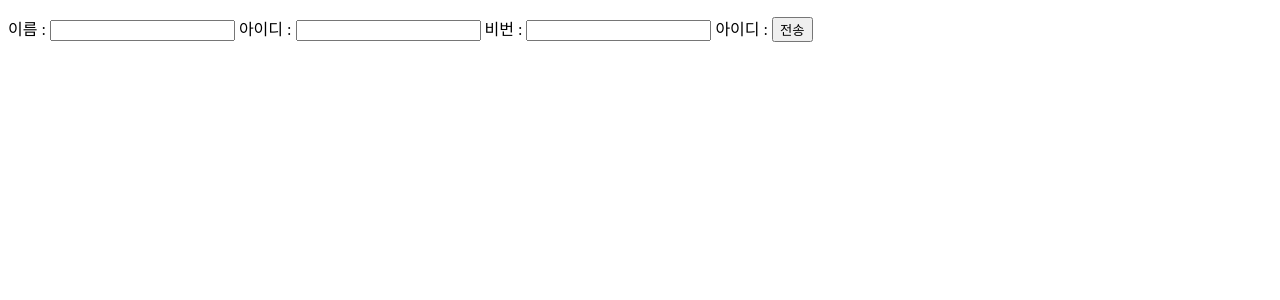
Repository: hodob/JSP_Practice
Page: http://localhost/JSP_WebMarket_JJH/ch05_ex/ex1.jsp
An editor plug-in stored every save of this project. The page is shown before and after the next save, followed by the edit.
The browser window is 1280 px wide. The pictures show the whole page.
The page is served by Tomcat 9. Other server files are loaded and not shown.

Above is the page before, as saved 2022-08-10 01:29:44.

### JSP_WebMarket_JJH/WebContent/ch05_ex/ex1.jsp
<%@ page language="java" contentType="text/html; charset=UTF-8"
    pageEncoding="UTF-8"%>
<!DOCTYPE html>
<html>
<head>
<meta charset="UTF-8">
<title>Insert title here</title>
</head>
<body>
<form action="ex2.jsp" method="post">
<p>
이름 : <input type="text" name = "name">
아이디 : <input type="text" name = "id1234">
비번 : <input type="text" name = "passwd">
아이디 : 	<input type = "submit" value="전송">

</form>

</body>
</html>

After the next save:
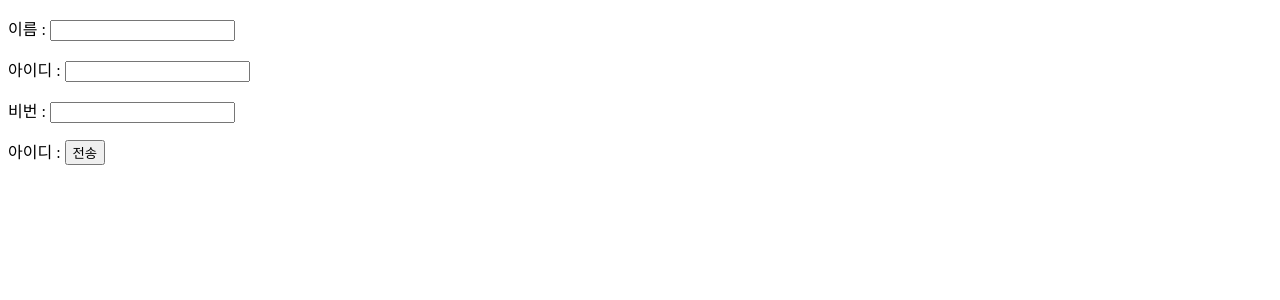
Saved 84 s later.
--- a/JSP_WebMarket_JJH/WebContent/ch05_ex/ex1.jsp
+++ b/JSP_WebMarket_JJH/WebContent/ch05_ex/ex1.jsp
@@ -8,11 +8,10 @@
 </head>
 <body>
 <form action="ex2.jsp" method="post">
-<p>
-이름 : <input type="text" name = "name">
-아이디 : <input type="text" name = "id1234">
-비번 : <input type="text" name = "passwd">
-아이디 : 	<input type = "submit" value="전송">
+<p>이름 		: 	<input type="text" name = "name">
+<p>아이디 	: 	<input type="text" name = "id1234">
+<p>비번 		: 	<input type="text" name = "passwd">
+<p>아이디 	:	<input type = "submit" value="전송">
 
 </form>
 
